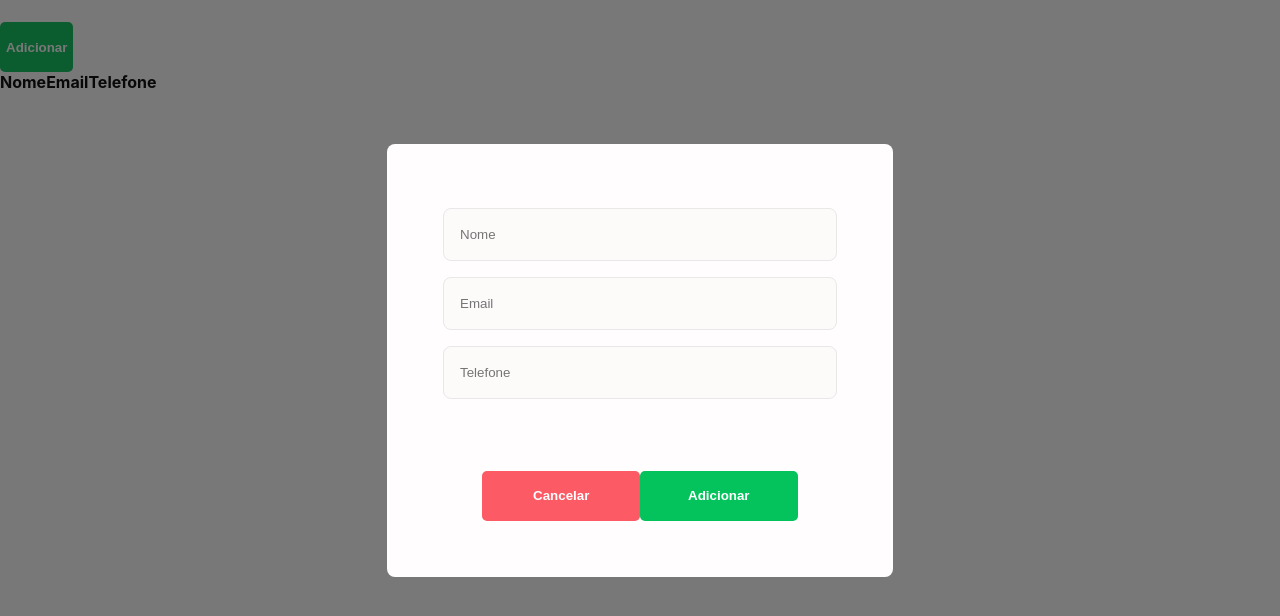
Repository: Henry-Loiola/agenda-contatos
Page: /, after clicking the first element matching `button.btn`
An editor plug-in stored every save of this project. The page is shown before and after a run of saves, followed by the edit.
The browser window is 1280 px wide. The pictures show the whole page.
The project was rebuilt for these pictures with package versions that can differ from the ones it lists, and the page was loaded fresh each time.

Above is the page before, as saved 2024-08-19 20:10:20.

After the next 3 saves:
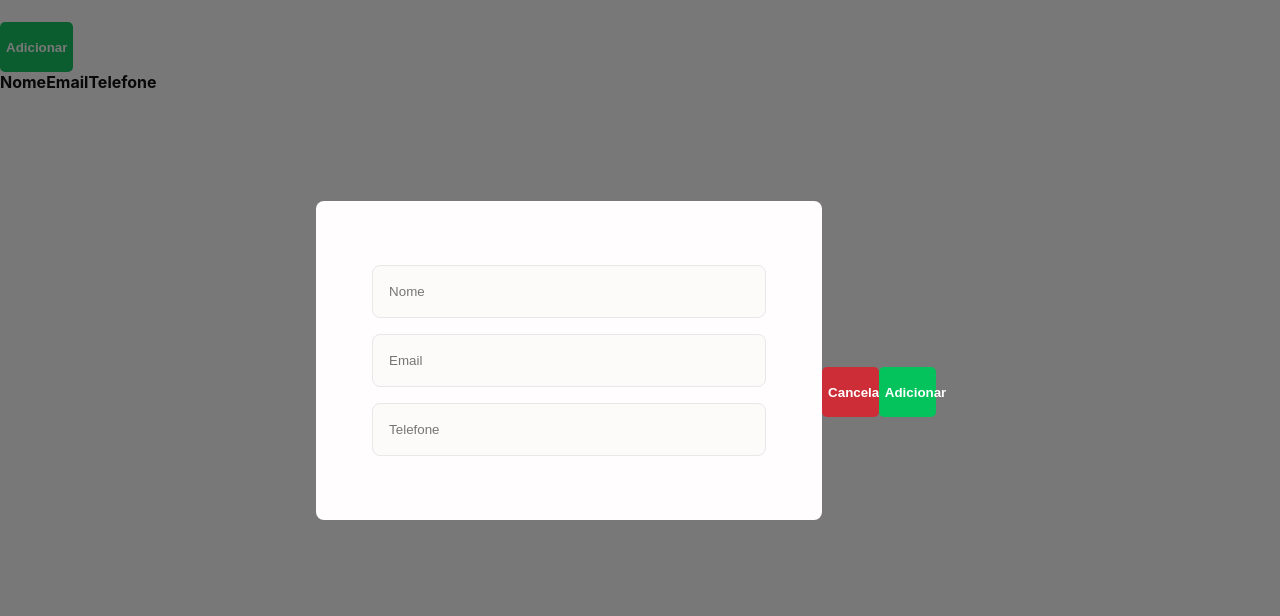
The 3 saves are shown as one change because they came seconds apart.
The last was saved 26 s later.
--- a/src/components/ModalAddEdit/index.tsx
+++ b/src/components/ModalAddEdit/index.tsx
@@ -68,11 +68,11 @@
           onChange = {(e) => setPhone(e.target.value)}
         />
 
-        <div className="buttons-confirm">
+      </form>
+      <div className="buttons-confirm">
           <button type="button" onClick={onClose} className="btn btn-negative btn-cancel-insert">Cancelar</button>
           <button type="submit" className="btn btn-positive btn-confirm-insert">Adicionar</button>
         </div>
-      </form>
     </div>
   );
 };

After the 4 saves that followed:
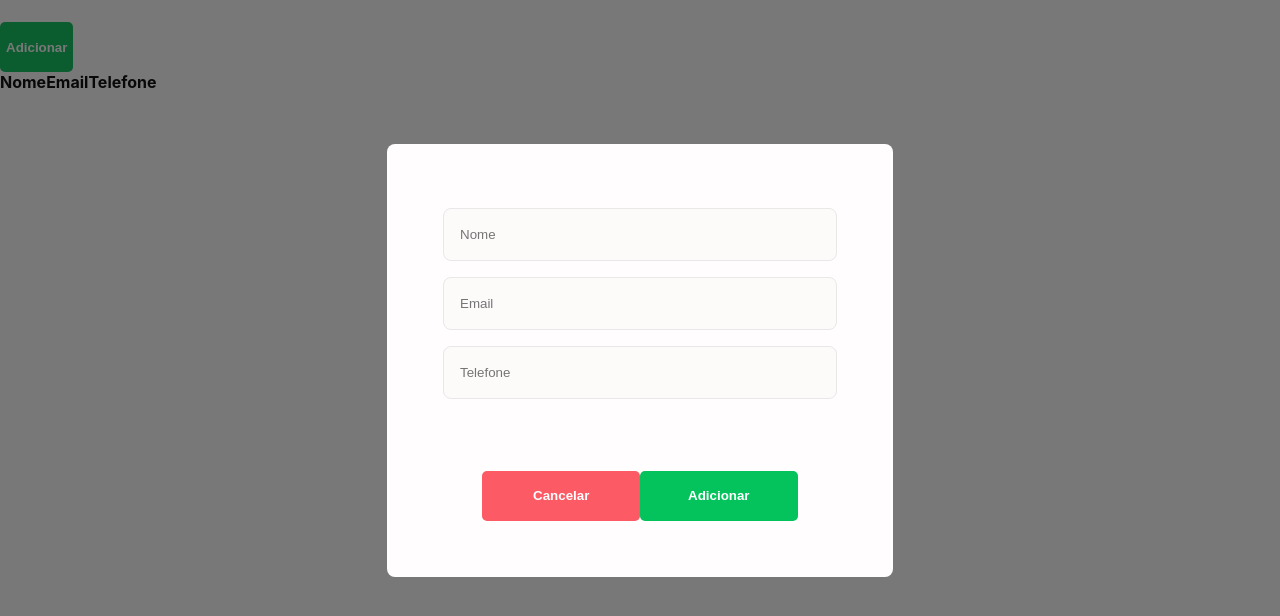
The 4 saves are shown as one change because 1 did not build or start and some came seconds apart.
The last was saved 28 s later.
--- a/src/components/ModalAddEdit/index.tsx
+++ b/src/components/ModalAddEdit/index.tsx
@@ -68,11 +68,11 @@
           onChange = {(e) => setPhone(e.target.value)}
         />
 
-      </form>
-      <div className="buttons-confirm">
+        <div className="buttons-confirm">
           <button type="button" onClick={onClose} className="btn btn-negative btn-cancel-insert">Cancelar</button>
           <button type="submit" className="btn btn-positive btn-confirm-insert">Adicionar</button>
         </div>
+      </form>
     </div>
   );
 };
